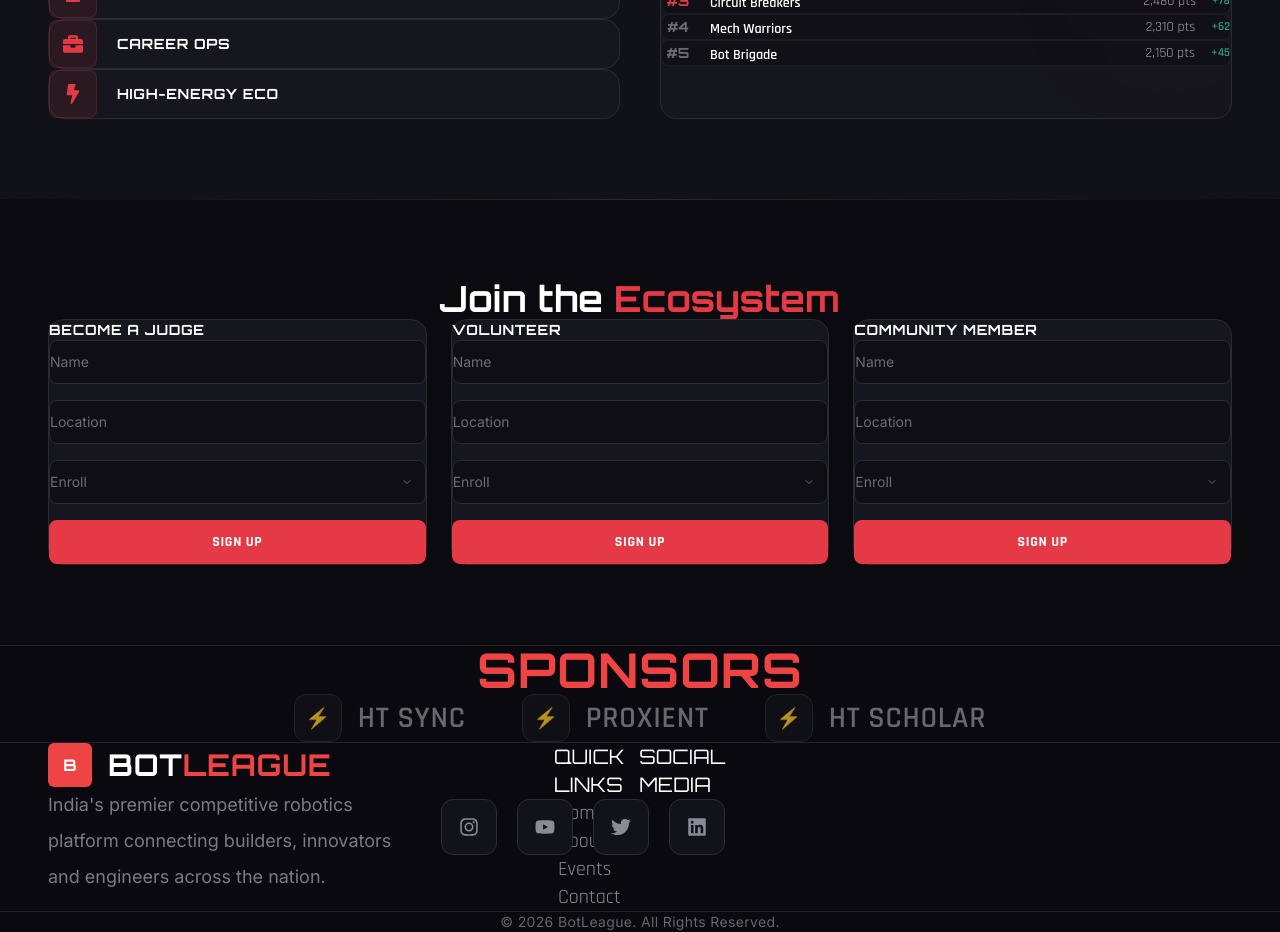
Repository: Debkumar04/botmakers-ai-shopping-assistant
Page: /
The author's editor kept a copy of each file at every save. The page is drawn from the files as they stood at one save, then again after the next save.
The browser window is 1280 px wide. The pictures show the part of the page from y = 3030 to 3982 px (the page is 3962 px tall before and 3982 px after).
The project was rebuilt for these pictures with package versions that can differ from the ones it lists, and the page was loaded fresh each time. Also part of the build but not shown: vite.config.ts.

Above is the page before, as saved 2026-07-24 09:30:58.

### index.html
<!doctype html>
<html lang="en">
  <head>
    <meta charset="UTF-8" />
    <link rel="icon" type="image/svg+xml" href="/vite.svg" />
    <meta name="viewport" content="width=device-width, initial-scale=1.0" />
    <meta name="description" content="BotLeague - India's Ultimate Robotics Arena. Build, Compete, and Rise in the world of competitive robotics." />
    <title>BotLeague - India's Ultimate Robotics Arena</title>
    <link rel="preconnect" href="https://fonts.googleapis.com" />
    <link rel="preconnect" href="https://fonts.gstatic.com" crossorigin />
    <link href="https://fonts.googleapis.com/css2?family=Orbitron:wght@400;500;600;700;800;900&family=Rajdhani:wght@300;400;500;600;700&family=Inter:wght@300;400;500;600;700&display=swap" rel="stylesheet" />
  </head>
  <body>
    <div id="root"></div>
    <script type="module" src="/src/main.tsx"></script>
  </body>
</html>

### src/index.css
@import "tailwindcss";

@theme {
  --font-orbitron: "Orbitron", sans-serif;
  --font-rajdhani: "Rajdhani", sans-serif;
  --font-inter: "Inter", sans-serif;
  --color-bg-primary: #0a0a0f;
  --color-bg-secondary: #111118;
  --color-bg-card: #16161e;
  --color-bg-card-hover: #1e1e28;
  --color-accent: #e63946;
  --color-accent-dark: #b71c2a;
  --color-accent-glow: rgba(230, 57, 70, 0.3);
  --color-text-primary: #ffffff;
  --color-text-secondary: #a0a0b0;
  --color-text-muted: #6b6b7b;
  --color-border: #2a2a35;
  --color-border-accent: #e63946;
}

* {
  margin: 0;
  padding: 0;
  box-sizing: border-box;
}

body {
  font-family: "Inter", sans-serif;
  background-color: #0a0a0f;
  color: #ffffff;
  overflow-x: hidden;
}

::-webkit-scrollbar {
  width: 6px;
}

::-webkit-scrollbar-track {
  background: #0a0a0f;
}

::-webkit-scrollbar-thumb {
  background: #e63946;
  border-radius: 3px;
}

::selection {
  background: rgba(230, 57, 70, 0.4);
  color: #ffffff;
}

.page-container {
  max-width: 1280px;
  margin-left: auto;
  margin-right: auto;
  padding-left: 20px;
  padding-right: 20px;
}

@media (min-width: 768px) {
  .page-container {
    padding-left: 32px;
    padding-right: 32px;
  }
}

@media (min-width: 1024px) {
  .page-container {
    padding-left: 48px;
    padding-right: 48px;
  }
}

.section-py {
  padding-top: 48px;
  padding-bottom: 48px;
}

@media (min-width: 768px) {
  .section-py {
    padding-top: 64px;
    padding-bottom: 64px;
  }
}

@media (min-width: 1024px) {
  .section-py {
    padding-top: 80px;
    padding-bottom: 80px;
  }
}

.btn-primary {
  height: 44px;
  padding-left: 24px;
  padding-right: 24px;
  border-radius: 10px;
  transition: all 300ms cubic-bezier(0.4, 0, 0.2, 1);
}

.btn-primary:hover {
  transform: translateY(-2px);
}

.btn-secondary {
  height: 44px;
  padding-left: 24px;
  padding-right: 24px;
  border-radius: 10px;
  transition: all 300ms cubic-bezier(0.4, 0, 0.2, 1);
}

.btn-secondary:hover {
  transform: translateY(-2px);
}

.card-base {
  border-radius: 16px;
  border-color: #2a2a35;
  transition: all 300ms cubic-bezier(0.4, 0, 0.2, 1);
}

.page-container {
    max-width: 1280px;
    margin-inline: auto;
    padding-inline: 48px;
}

@media (max-width: 1024px) {
  .page-container {
    padding-inline: 32px;
  }
}

@media (max-width: 768px) {
  .page-container {
    padding-inline: 20px;
  }
}

### src/App.tsx
import Navbar from "./components/layout/Navbar";
import Footer from "./components/layout/Footer";
import Hero from "./components/sections/Hero";
import Competitions from "./components/sections/Competitions";
import PathToLeague from "./components/sections/PathToLeague";
import WhatIsBotLeague from "./components/sections/WhatIsBotLeague";
import Categories from "./components/sections/Categories";
import Disciplines from "./components/sections/Disciplines";
import WhyRegister from "./components/sections/WhyRegister";
import JoinEcosystem from "./components/sections/JoinEcosystem";

export default function App() {
  return (
    <div className="min-h-screen bg-[#0a0a0f]">
      <Navbar />
      <main>
        <Hero />
        <Competitions />
        <PathToLeague />
        <WhatIsBotLeague />
        <Categories />
        <Disciplines />
        <WhyRegister />
        <JoinEcosystem />
      </main>
      <Footer />
    </div>
  );
}

### src/components/layout/Footer.tsx
import { FOOTER_LINKS, SPONSORS } from "../../constants/data";
import { FaInstagram, FaYoutube, FaTwitter, FaLinkedin } from "react-icons/fa";

const socialIcons: Record<string, React.ReactNode> = {
  Instagram: <FaInstagram />,
  YouTube: <FaYoutube />,
  Twitter: <FaTwitter />,
  LinkedIn: <FaLinkedin />,
};

export default function Footer() {
  return (
    <footer className="bg-[#09090F] border-t border-[#23232d]">
      {/* Sponsors */}
      <div className="page-container pt-20">
        <h2 className="font-[Orbitron] text-center text-5xl font-bold uppercase tracking-wide">
          <span className="text-[#ef4444]">Sponsors</span>
        </h2>

        <div className="mt-10 flex flex-wrap justify-center items-center gap-14">
          {SPONSORS.map((sponsor) => (
            <div
              key={sponsor.name}
              className="flex items-center gap-4 opacity-70 hover:opacity-100 transition duration-300"
            >
              <div className="w-12 h-12 rounded-xl border border-[#2d2d36] bg-[#12121a] flex items-center justify-center">
                <span className="text-[#ef4444] text-xl">⚡</span>
              </div>

              <span className="font-[Rajdhani] text-3xl font-semibold text-[#8f8f98] uppercase tracking-wide">
                {sponsor.logo}
              </span>
            </div>
          ))}
        </div>
      </div>

      {/* Divider */}

      <div className="mt-16 border-t border-[#23232d]" />

      {/* Footer */}

      <div className="page-container py-16">
        <div className="grid grid-cols-1 lg:grid-cols-12 gap-8 items-start">
          {/* Left */}

          <div className="lg:col-span-5">
            <div className="flex items-center gap-4 mb-8">
              <div className="w-11 h-11 rounded-md bg-[#ef4444] flex items-center justify-center">
                <span className="font-[Orbitron] text-white font-bold">B</span>
              </div>

              <h2 className="font-[Orbitron] text-3xl font-bold tracking-wide">
                <span className="text-white">BOT</span>
                <span className="text-[#ef4444]">LEAGUE</span>
              </h2>
            </div>

            <p className="max-w-[360px] text-[#7b7b88] text-lg leading-9">
              India's premier competitive robotics platform connecting builders,
              innovators and engineers across the nation.
            </p>
          </div>

          {/* Center */}

          <div className="flex flex-col items-center">
            <h3 className="font-[Orbitron] text-white uppercase text-xl mb-8">
              Quick Links
            </h3>

            <ul className="space-y-5">
              {FOOTER_LINKS.quickLinks.map((item) => (
                <li key={item.label}>
                  <a
                    href={item.href}
                    className="text-[#8b8b95] text-xl font-[Rajdhani] hover:text-[#ef4444] transition"
                  >
                    {item.label}
                  </a>
                </li>
              ))}
            </ul>
          </div>

          {/* Right */}

          <div className="flex flex-col items-end">
            <h3 className="font-[Orbitron] text-white uppercase text-xl mb-8">
              Social Media
            </h3>

            <div className="flex gap-5">
              {FOOTER_LINKS.socialMedia.map((item) => (
                <a
                  key={item.label}
                  href={item.href}
                  className="w-14 h-14 rounded-xl border border-[#2d2d36] bg-[#12121a] flex items-center justify-center text-[#8b8b95] text-xl hover:border-[#ef4444] hover:text-[#ef4444] transition-all duration-300"
                >
                  {socialIcons[item.label]}
                </a>
              ))}
            </div>
          </div>
        </div>
      </div>

      {/* Copyright */}

      <div className="border-t border-[#23232d]">
        <div className="page-container py-6 text-center">
          <p className="text-[#666] text-sm tracking-wide">
            © 2026 BotLeague. All Rights Reserved.
          </p>
        </div>
      </div>
    </footer>
  );
}

### src/components/sections/Hero.tsx
export default function Hero() {
  return (
    <section className="relative min-h-screen flex items-center overflow-hidden">
      <div className="absolute inset-0 z-0">
        <img
          src="https://images.unsplash.com/photo-1485827404703-89b55fcc595e?w=1920&h=1080&fit=crop"
          alt="Robotics Arena"
          className="w-full h-full object-cover opacity-30"
        />
        <div className="absolute inset-0 bg-gradient-to-r from-[#0a0a0f] via-[#0a0a0f]/80 to-transparent" />
        <div className="absolute inset-0 bg-gradient-to-t from-[#0a0a0f] via-transparent to-[#0a0a0f]/60" />
        <div className="absolute top-0 right-0 w-1/2 h-full bg-gradient-to-l from-[#e63946]/10 to-transparent" />
        <div className="absolute bottom-0 left-1/4 w-96 h-96 bg-[#e63946]/5 rounded-full blur-[120px]" />
      </div>

      <div className="relative z-10 page-container py-12 flex flex-col justify-center min-h-[calc(100vh-80px)]">
        <div className="max-w-[600px] mx-auto text-center flex flex-col items-center">
          <div className="inline-flex items-center gap-2 px-4 py-1.5 bg-[#e63946]/10 border border-[#e63946]/30 rounded-full mb-[20px]">
            <span className="w-2 h-2 bg-[#e63946] rounded-full animate-pulse" />
            <span className="font-[Rajdhani] text-[#e63946] text-xs font-semibold uppercase tracking-widest">
              Season 2026 Live
            </span>
          </div>

          <h1 className="font-[Orbitron] text-4xl sm:text-5xl md:text-6xl lg:text-7xl font-black text-white leading-[1.1] mb-[24px]">
            INDIA&apos;S ULTIMATE{" "}
            <span className="text-[#e63946]">ROBOTICS</span>{" "}
            <span className="block">ARENA</span>
          </h1>

          <p className="font-[Rajdhani] text-lg md:text-xl text-[#a0a0b0] font-medium mb-[36px] leading-relaxed">
            Build. Compete. Rise. The Nation&apos;s
            <br />
            Premier Robotics Platform for Builders.
          </p>

          <div className="flex flex-wrap gap-[16px] justify-center items-center">
            <a
              href="#events"
              className="group relative inline-flex items-center justify-center gap-2 px-[24px] h-[44px] bg-[#e63946] font-[Rajdhani] text-white text-base font-bold uppercase tracking-wider rounded-[10px] overflow-hidden transition-all duration-300 hover:bg-[#b71c2a] hover:-translate-y-[2px] hover:shadow-[0_0_30px_rgba(230,57,70,0.4)]"
            >
              <span className="relative z-10">Join Now</span>
              <span className="relative z-10 group-hover:translate-x-1 transition-transform">→</span>
            </a>
            <a
              href="#about"
              className="inline-flex items-center justify-center gap-2 px-[24px] h-[44px] border border-[#2a2a35] font-[Rajdhani] text-white text-base font-bold uppercase tracking-wider rounded-[10px] hover:border-[#e63946]/50 hover:bg-[#e63946]/5 hover:-translate-y-[2px] transition-all duration-300"
            >
              Explore
            </a>
          </div>
        </div>
      </div>

      <div className="absolute bottom-0 left-0 w-full h-px bg-gradient-to-r from-transparent via-[#e63946]/50 to-transparent" />
    </section>
  );
}

### src/components/sections/PathToLeague.tsx
import { PATH_STEPS } from "../../constants/data";
import SectionHeading from "../ui/SectionHeading";
import { FaWrench, FaTrophy, FaStar, FaChartLine, FaCrown } from "react-icons/fa";

const iconMap: Record<string, React.ReactNode> = {
  wrench: <FaWrench />,
  trophy: <FaTrophy />,
  star: <FaStar />,
  "trending-up": <FaChartLine />,
  crown: <FaCrown />,
};

export default function PathToLeague() {
  return (
    <section className="section-py bg-[#111118] relative">
      <div className="absolute top-0 left-0 w-full h-px bg-gradient-to-r from-transparent via-[#2a2a35] to-transparent" />

      <div className="page-container">
        <SectionHeading tag="Getting Started" title="Your Path to" highlight="the League" />

        {/* Timeline — max-width 1200px, centered */}
        <div className="mt-10 mx-auto relative" style={{ maxWidth: "1200px" }}>

          {/* Horizontal connector line — runs center-to-center of first and last circle.
              Each of 5 equal cols is 20% wide; circle center sits at 10% and 90%. */}
          <div
            className="hidden lg:block absolute h-px bg-gradient-to-r from-[#e63946]/20 via-[#e63946]/40 to-[#e63946]/20"
            style={{ top: "40px", left: "10%", right: "10%" }}
          />

          {/* Five steps — equal columns, no extra gap on desktop */}
          <div className="grid grid-cols-2 sm:grid-cols-3 lg:grid-cols-5 gap-6 lg:gap-0">
            {PATH_STEPS.map((step, index) => (
              <div
                key={step.title}
                className="flex flex-col items-center text-center group"
              >
                {/* Circle — 80px, badge 24px */}
                <div className="relative shrink-0">
                  <div className="w-[80px] h-[80px] rounded-full bg-[#16161e] border-2 border-[#2a2a35] flex items-center justify-center text-2xl text-[#e63946] group-hover:border-[#e63946] group-hover:shadow-[0_0_20px_rgba(230,57,70,0.3)] transition-all duration-300">
                    {iconMap[step.icon]}
                  </div>
                  <span className="absolute -top-1.5 -right-1.5 w-[24px] h-[24px] bg-[#e63946] rounded-full flex items-center justify-center text-white text-xs font-[Rajdhani] font-bold">
                    {index + 1}
                  </span>
                </div>

                {/* Heading — 16px below circle */}
                <h3 className="font-[Orbitron] text-xs font-bold text-white uppercase tracking-wider mt-[16px]">
                  {step.title}
                </h3>

                {/* Description — 8px below heading */}
                <p className="font-[Inter] text-[#6b6b7b] text-xs leading-relaxed mt-[8px]">
                  {step.description}
                </p>
              </div>
            ))}
          </div>
        </div>
      </div>
    </section>
  );
}

### src/components/sections/WhatIsBotLeague.tsx
import { FEATURES } from "../../constants/data";
import SectionHeading from "../ui/SectionHeading";

export default function WhatIsBotLeague() {
  return (
    <section id="about" className="section-py bg-[#0a0a0f] relative">
      <div className="absolute top-0 left-0 w-full h-px bg-gradient-to-r from-transparent via-[#2a2a35] to-transparent" />

      <div className="page-container">
        <SectionHeading title="What is" highlight="BotLeague?" />

        {/* gap-[24px], equal-height rows via items-stretch */}
        <div className="grid grid-cols-1 sm:grid-cols-2 gap-[24px] mt-12">
          {FEATURES.map((feature) => (
            <div
              key={feature.title}
              className="group flex items-start gap-4 p-[20px] bg-[#16161e] border border-[#2a2a35] rounded-[16px] hover:border-[#e63946]/30 transition-all duration-300 h-full"
            >
              {/* Number box — shrink-0 keeps it from squishing, no vertical stretch */}
              <div className="shrink-0 w-10 h-10 bg-[#e63946]/10 border border-[#e63946]/20 rounded-lg flex items-center justify-center">
                <span className="font-[Orbitron] text-[#e63946] text-base font-bold">
                  {feature.number}
                </span>
              </div>

              {/* Text block — heading top-aligns with the number box */}
              <div className="min-w-0">
                <h3 className="font-[Orbitron] text-sm font-bold text-white uppercase tracking-wider">
                  {feature.title}
                </h3>
                <p className="font-[Inter] text-[#6b6b7b] text-sm leading-relaxed mt-2 max-w-[90%]">
                  {feature.description}
                </p>
              </div>
            </div>
          ))}
        </div>
      </div>
    </section>
  );
}

### src/components/sections/Categories.tsx
import { CATEGORIES } from "../../constants/data";
import SectionHeading from "../ui/SectionHeading";

export default function Categories() {
  return (
    <section id="categories" className="section-py bg-[#111118] relative">
      <div className="absolute top-0 left-0 w-full h-px bg-gradient-to-r from-transparent via-[#2a2a35] to-transparent" />

      <div className="page-container">
        <SectionHeading title="CATEGORIES" />

        <div className="grid grid-cols-2 lg:grid-cols-4 gap-[24px] mt-12">
          {CATEGORIES.map((category) => (
            <div
              key={category.title}
              className="group relative p-[24px] bg-[#16161e] border border-[#2a2a35] rounded-[16px] flex flex-col items-center text-center hover:border-opacity-60 transition-all duration-300 overflow-hidden h-full"
              style={{
                ["--cat-color" as string]: category.color,
              }}
            >
              <div
                className="absolute inset-0 opacity-0 group-hover:opacity-100 transition-opacity duration-500"
                style={{
                  background: `radial-gradient(circle at center, ${category.color}08 0%, transparent 70%)`,
                }}
              />
              <div className="relative z-10 flex flex-col items-center w-full">
                <div
                  className="w-16 h-16 shrink-0 rounded-2xl flex items-center justify-center text-3xl border"
                  style={{
                    backgroundColor: `${category.color}15`,
                    borderColor: `${category.color}30`,
                  }}
                >
                  {category.icon}
                </div>
                <h3 className="font-[Orbitron] text-sm font-bold text-white uppercase tracking-wider mt-[20px]">
                  {category.title}
                </h3>
                <p className="font-[Rajdhani] text-[#6b6b7b] text-sm font-medium mt-[10px]">
                  {category.age}
                </p>
              </div>
            </div>
          ))}
        </div>
      </div>
    </section>
  );
}

### src/components/sections/Disciplines.tsx
import { DISCIPLINES } from "../../constants/data";
import SectionHeading from "../ui/SectionHeading";

export default function Disciplines() {
  return (
    <section id="disciplines" className="section-py bg-[#0a0a0f] relative">
      <div className="absolute top-0 left-0 w-full h-px bg-gradient-to-r from-transparent via-[#2a2a35] to-transparent" />

      <div className="page-container">
        <SectionHeading tag="Events" title="Competition" highlight="Disciplines" />

        <div className="grid grid-cols-2 sm:grid-cols-3 lg:grid-cols-5 gap-[24px] mt-12">
          {DISCIPLINES.map((discipline) => (
            <div
              key={discipline.title}
              className="group relative rounded-[16px] overflow-hidden aspect-[16/10] sm:aspect-[4/5] cursor-pointer card-base border border-[#2a2a35] h-full"
            >
              <img
                src={discipline.image}
                alt={discipline.title}
                className="w-full h-full object-cover group-hover:scale-110 transition-transform duration-500"
              />
              <div className="absolute inset-0 bg-gradient-to-t from-[#0a0a0f] via-[#0a0a0f]/40 to-transparent" />
              <div className="absolute inset-0 bg-[#e63946]/0 group-hover:bg-[#e63946]/10 transition-colors duration-300" />
              <div className="absolute bottom-0 left-0 right-0 p-[16px]">
                <h3 className="font-[Orbitron] text-xs sm:text-sm font-bold text-white uppercase tracking-wider">
                  {discipline.title}
                </h3>
              </div>
              <div className="absolute top-3 right-3 w-8 h-8 bg-[#e63946]/80 rounded-full flex items-center justify-center opacity-0 group-hover:opacity-100 transition-opacity duration-300">
                <span className="text-white text-xs">→</span>
              </div>
            </div>
          ))}
        </div>
      </div>
    </section>
  );
}

### src/components/ui/SectionHeading.tsx
interface SectionHeadingProps {
  tag?: string;
  title: string;
  highlight?: string;
  centered?: boolean;
}

export default function SectionHeading({
  tag,
  title,
  highlight,
  centered = true,
}: SectionHeadingProps) {
  return (
    <div className={centered ? "text-center" : ""}>
      {tag && (
        <span className="inline-block font-[Rajdhani] text-[#e63946] text-xs font-semibold uppercase tracking-[0.3em] mb-2">
          {tag}
        </span>
      )}
      <h2 className="font-[Orbitron] text-2xl md:text-3xl lg:text-4xl font-bold text-white">
        {title}{" "}
        {highlight && <span className="text-[#e63946]">{highlight}</span>}
      </h2>
    </div>
  );
}

Loaded but not shown: src/main.tsx (common file); src/constants/data.ts (189 lines, source omitted); src/components/layout/Navbar.tsx (115 lines, source omitted); src/components/sections/WhyRegister.tsx (91 lines, source omitted); src/components/sections/Competitions.tsx (95 lines, source omitted); src/components/sections/JoinEcosystem.tsx (75 lines, source omitted)

After the next save:
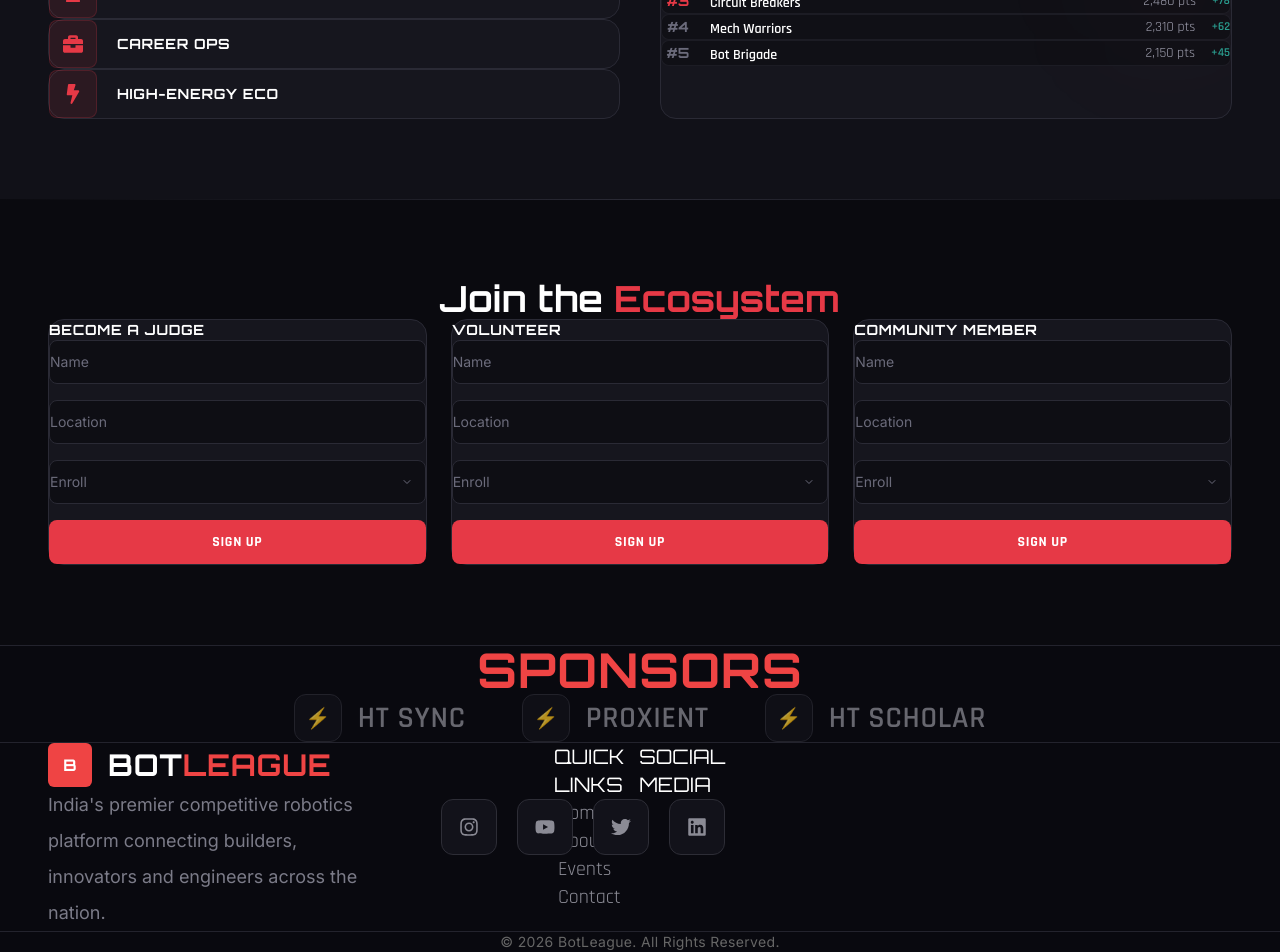
Saved 30 s later.
--- a/src/components/layout/Footer.tsx
+++ b/src/components/layout/Footer.tsx
@@ -57,7 +57,7 @@ export default function Footer() {
               </h2>
             </div>
 
-            <p className="max-w-[360px] text-[#7b7b88] text-lg leading-9">
+            <p className="max-w-[320px] text-[#7b7b88] text-lg leading-9">
               India's premier competitive robotics platform connecting builders,
               innovators and engineers across the nation.
             </p>
